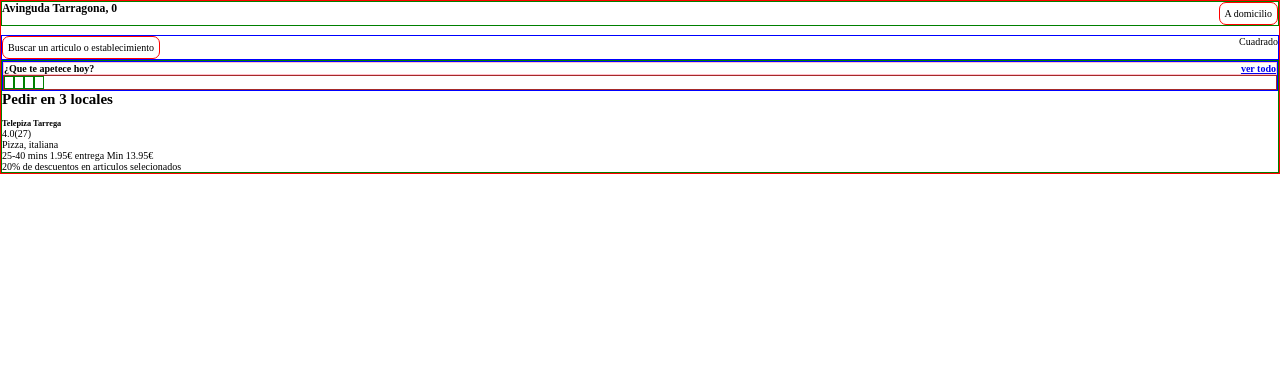
Repository: Srpinedaa/justEat
Page: index.html
The author's editor kept a copy of each file at every save. The page is drawn from the files as they stood at one save, then again after the next save.
The browser window is 1280 px wide. The pictures show the whole page.

Above is the page before, as saved 2024-09-26 15:51:13.

After the next save:
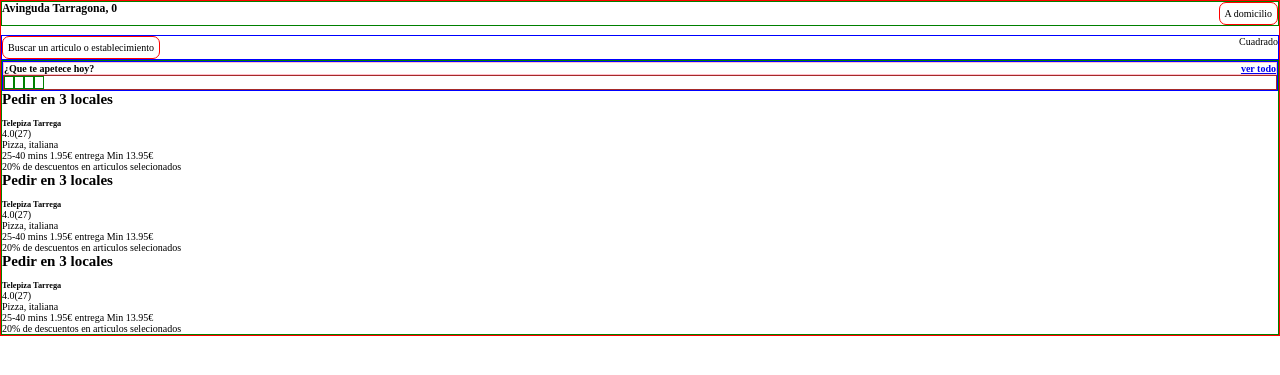
Saved 13 s later.
--- a/index.html
+++ b/index.html
@@ -53,6 +53,32 @@
                                 <p>20% de descuentos en articulos selecionados</p>
                             </div>
                         </div>
+                        <div class="pedido">
+                            <h2>Pedir en 3 locales</h2>
+                            <div class="imagenPedido">
+                                <img src="" alt="">
+                            </div>
+                            <div class="informacionPedido">
+                                <h5>Telepiza Tarrega</h5>
+                                <p>4.0(27)</p>
+                                <p>Pizza, italiana</p>
+                                <p>25-40 mins 1.95€ entrega Min 13.95€</p>
+                                <p>20% de descuentos en articulos selecionados</p>
+                            </div>
+                        </div>
+                        <div class="pedido">
+                            <h2>Pedir en 3 locales</h2>
+                            <div class="imagenPedido">
+                                <img src="" alt="">
+                            </div>
+                            <div class="informacionPedido">
+                                <h5>Telepiza Tarrega</h5>
+                                <p>4.0(27)</p>
+                                <p>Pizza, italiana</p>
+                                <p>25-40 mins 1.95€ entrega Min 13.95€</p>
+                                <p>20% de descuentos en articulos selecionados</p>
+                            </div>
+                        </div>
                     </section>
                 </div>
             </div>
